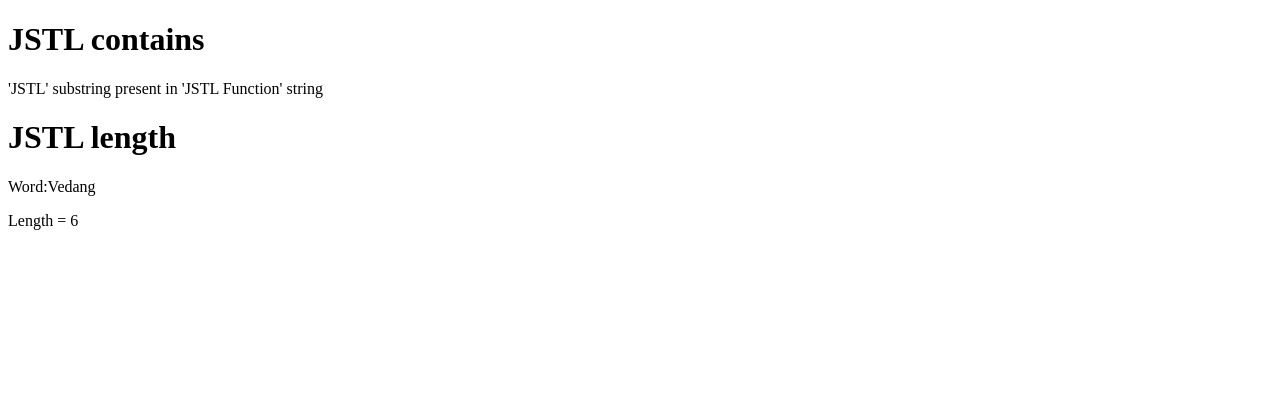
Repository: vedang03/servlet-jsp
Page: http://localhost/07-JSTL-functions/test.jsp
These files come from the project's save history. The page is drawn as it stood at one moment and after the next save; the edit follows.
The browser window is 1280 px wide. The pictures show the whole page.
The page is served by Tomcat 9.

Above is the page before, as saved 2023-10-12 17:34:40.

### 07-JSTL-functions/WebContent/test.jsp
<%@ page language="java" contentType="text/html; charset=ISO-8859-1"
    pageEncoding="ISO-8859-1"%>
<%@ taglib uri="http://java.sun.com/jsp/jstl/core" prefix="c" %>
<%@ taglib uri="http://java.sun.com/jsp/jstl/functions" prefix="fn" %>
<!DOCTYPE html>
<html>
<head>
<meta charset="ISO-8859-1">
<title>Insert title here</title>
</head>
<body>
<h1>JSTL contains</h1>
<c:set var="str1" value="JSTL Function" ></c:set>
<c:set var="str2" value="JSTL" ></c:set>

 <c:if test="${fn:contains(str1, str2)}">
  <c:out value="'JSTL' substring present in 'JSTL Function' string" />
</c:if>

<h1>JSTL length</h1>
<c:set var="str" value="Vedang" />
<p>Word:Vedang</p>
Length = ${fn:length(str)}
</body>
</html>

After the next save:
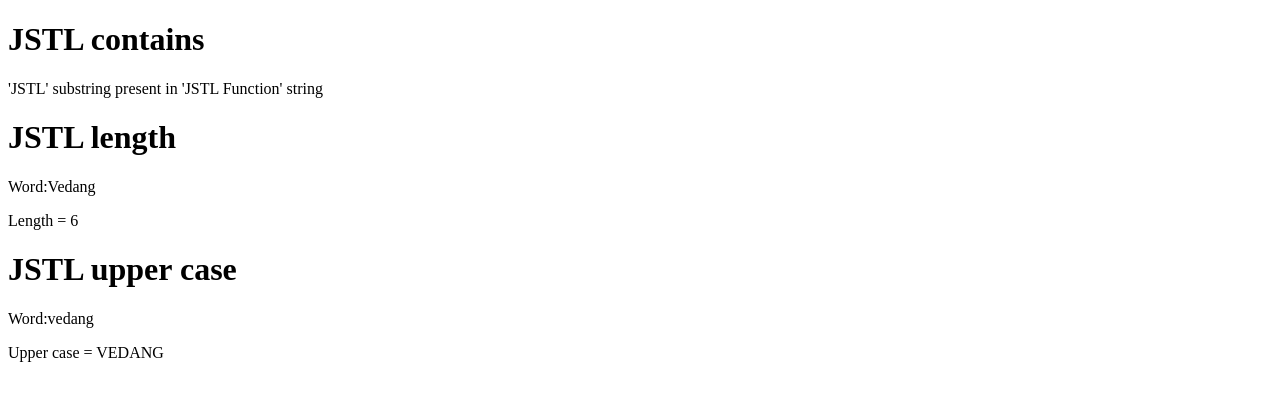
Saved 77 s later.
--- a/07-JSTL-functions/WebContent/test.jsp
+++ b/07-JSTL-functions/WebContent/test.jsp
@@ -21,5 +21,10 @@
 <c:set var="str" value="Vedang" />
 <p>Word:Vedang</p>
 Length = ${fn:length(str)}
+
+<h1>JSTL upper case</h1>
+<c:set var="str" value="vedang" />
+<p>Word:vedang</p>
+Upper case =  ${fn:toUpperCase(str)}
 </body>
 </html>
